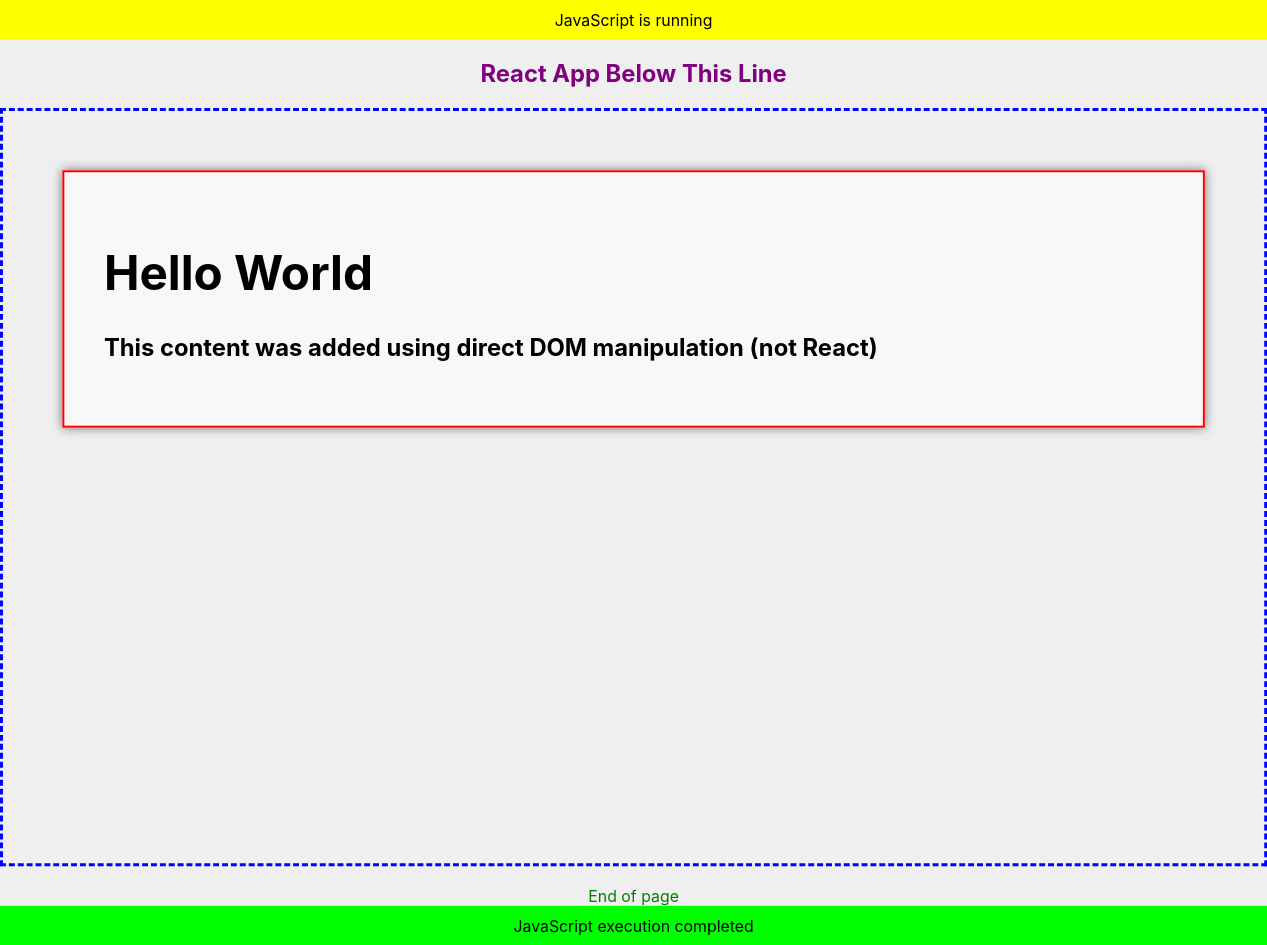
Repository: KPW-AI/react-web
Page: /
These files come from the project's save history. The page is drawn as it stood at one moment and after the next save; the edit follows.
The browser window is 1280 px wide. The pictures show the whole page, at 99% of full size.
The project was rebuilt for these pictures with package versions that can differ from the ones it lists, and the page was loaded fresh each time.

Above is the page before, as saved 2025-03-06 17:12:50.

After the next save:
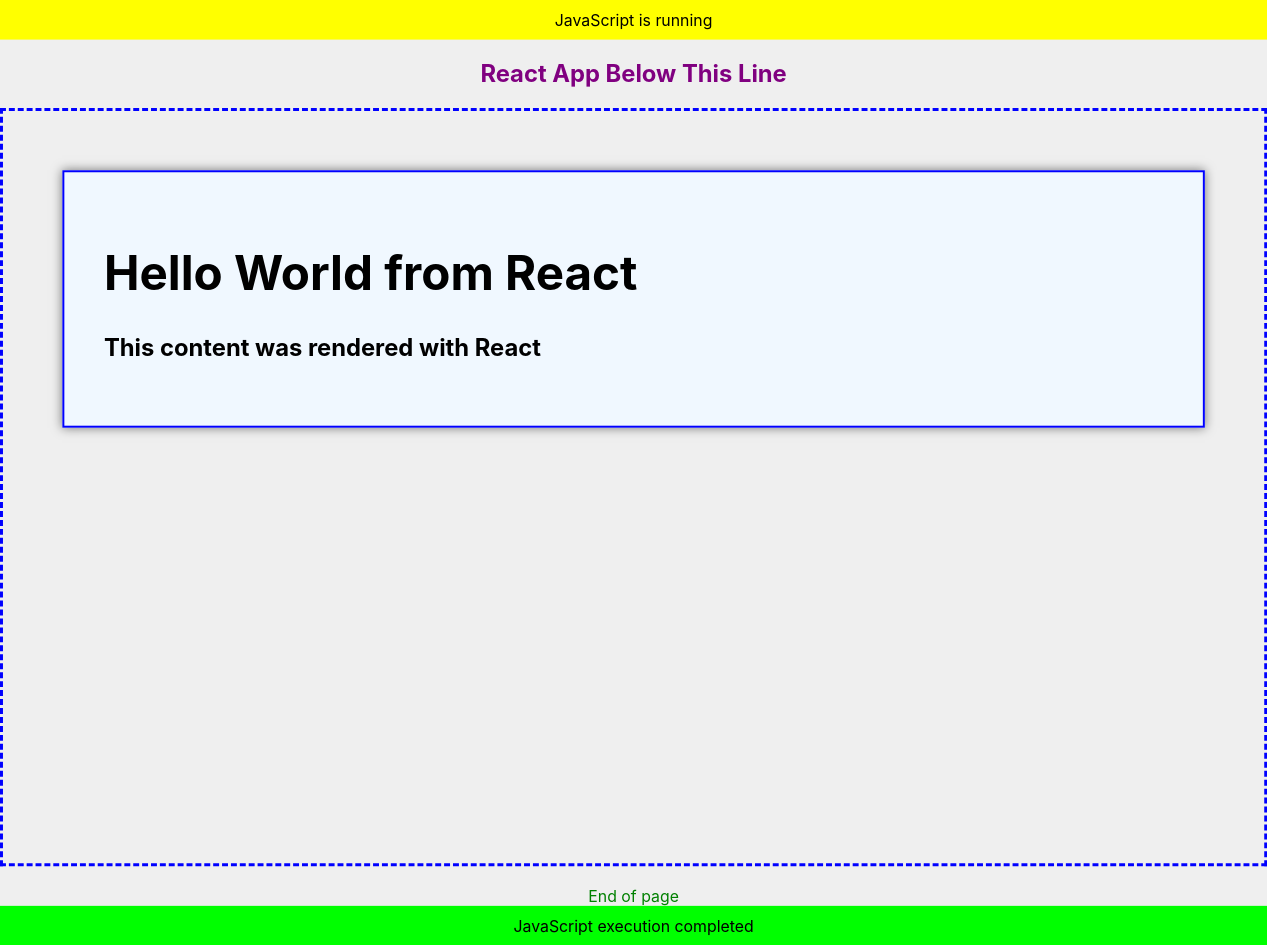
Saved 52 s later.
--- a/src/index.js
+++ b/src/index.js
@@ -1,4 +1,6 @@
-// Import only the CSS file
+// Import React essentials
+import React from 'react';
+import ReactDOM from 'react-dom';
 import './index.css';
 
 // Insert a banner to confirm JavaScript is running
@@ -6,29 +8,56 @@ document.body.insertAdjacentHTML('afterbegin',
   '<div style="background:yellow;padding:10px;text-align:center">JavaScript is running</div>'
 );
 
-// Using direct DOM manipulation
+// Simple React component - defined as a variable to avoid potential syntax issues
+const HelloWorld = React.createElement(
+  'div',
+  {
+    style: {
+      padding: '40px',
+      margin: '40px',
+      border: '2px solid blue',
+      backgroundColor: '#f0f8ff',
+      fontSize: '24px',
+      color: 'black',
+      fontWeight: 'bold',
+      boxShadow: '0 0 10px rgba(0,0,0,0.5)'
+    }
+  },
+  React.createElement('h1', null, 'Hello World from React'),
+  React.createElement('p', null, 'This content was rendered with React')
+);
+
+// Try to mount React - fallback to direct DOM manipulation if it fails
 try {
-  console.log('Attempting to modify root element directly');
+  console.log('Attempting to mount React component');
+  const rootElement = document.getElementById('root');
+
+  if (rootElement) {
+    // Render using plain ReactDOM.render for maximum compatibility
+    ReactDOM.render(HelloWorld, rootElement);
+    console.log('React component mounted successfully');
+  } else {
+    throw new Error('Root element not found');
+  }
+} catch (reactError) {
+  console.error('React rendering failed:', reactError);
+
+  // Fall back to direct DOM manipulation
   const rootElement = document.getElementById('root');
   if (rootElement) {
-    // Directly modify the DOM as a test
     rootElement.innerHTML = `
       <div style="padding: 40px; margin: 40px; border: 2px solid red;
            background-color: #f8f8f8; font-size: 24px; color: black;
            font-weight: bold; box-shadow: 0 0 10px rgba(0,0,0,0.5)">
-        <h1>Hello World</h1>
-        <p>This content was added using direct DOM manipulation (not React)</p>
+        <h1>React Failed - Fallback Content</h1>
+        <p>React rendering failed: ${reactError.message}</p>
+        <p>Using direct DOM manipulation instead.</p>
       </div>
     `;
-    console.log('DOM manipulation successful');
-  } else {
-    console.error('Could not find root element');
   }
-} catch (error) {
-  console.error('Error manipulating DOM:', error);
 }
 
-// Confirm JavaScript execution completed
+// Confirm execution completed
 document.body.insertAdjacentHTML('beforeend',
   '<div style="background:lime;padding:10px;text-align:center">JavaScript execution completed</div>'
 );
